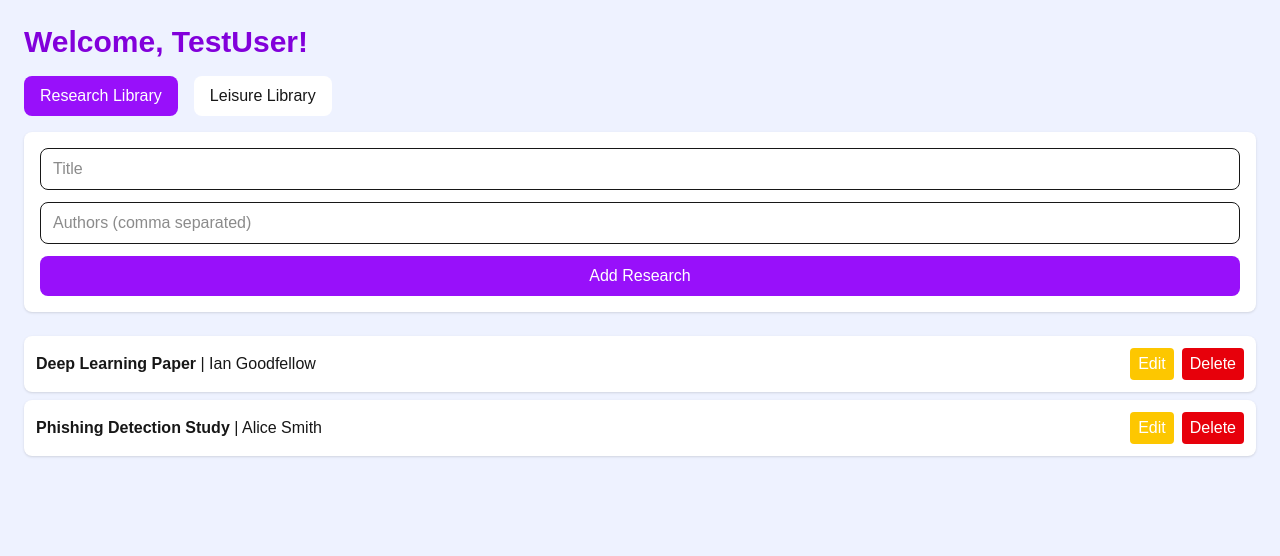
Repository: ramosfranz/bookie
Page: /dashboard
These files come from the project's save history. The page is drawn as it stood at one moment and after the next save; the edit follows.
The browser window is 1280 px wide. The pictures show the whole page.
The project was rebuilt for these pictures with package versions that can differ from the ones it lists, and the page was loaded fresh each time. The framework's server and built-in components were replaced by stand-ins that run in the browser. Also part of the build but not shown: next.config.ts.

Above is the page before, as saved 2025-11-15 13:03:41.

After the next save:
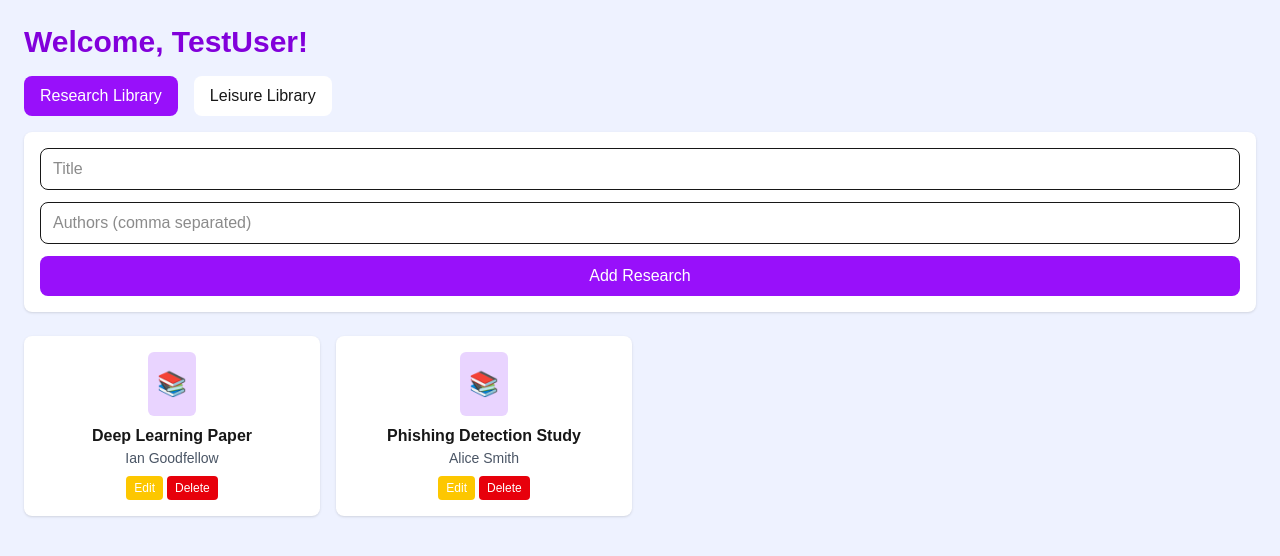
Saved 81 s later.
--- a/src/app/dashboard/page.tsx
+++ b/src/app/dashboard/page.tsx
@@ -33,9 +33,6 @@ export default function Dashboard() {
   const [formTitle, setFormTitle] = useState("");
   const [formAuthors, setFormAuthors] = useState("");
   const [editingId, setEditingId] = useState<string | null>(null);
-
-  // Grid/List toggle for Leisure Library
-  const [viewMode, setViewMode] = useState<"list" | "grid">("list");
 
   const currentLibrary = activeTab === "research" ? researchLibrary : leisureLibrary;
   const setCurrentLibrary =
@@ -108,28 +105,6 @@ export default function Dashboard() {
         </button>
       </div>
 
-      {/* Leisure view toggle */}
-      {activeTab === "leisure" && (
-        <div className="flex gap-2 mb-4">
-          <button
-            onClick={() => setViewMode("list")}
-            className={`px-3 py-1 rounded ${
-              viewMode === "list" ? "bg-purple-600 text-white" : "bg-white"
-            }`}
-          >
-            List View
-          </button>
-          <button
-            onClick={() => setViewMode("grid")}
-            className={`px-3 py-1 rounded ${
-              viewMode === "grid" ? "bg-purple-600 text-white" : "bg-white"
-            }`}
-          >
-            Grid View
-          </button>
-        </div>
-      )}
-
       {/* Form */}
       <form
         onSubmit={handleSubmit}
@@ -158,68 +133,36 @@ export default function Dashboard() {
         </button>
       </form>
 
-      {/* Library List / Grid */}
-      {activeTab === "research" || viewMode === "list" ? (
-        <ul className="space-y-2">
-          {currentLibrary.map((item) => (
-            <li
-              key={item.id}
-              className="p-3 bg-white rounded-lg shadow flex justify-between items-center"
-            >
-              <div>
-                <strong>{item.title}</strong> | {item.authors.join(", ")}
-              </div>
-              <div className="flex gap-2">
-                <button
-                  onClick={() => handleEdit(item)}
-                  className="px-2 py-1 bg-yellow-400 text-white rounded hover:bg-yellow-500"
-                >
-                  Edit
-                </button>
-                <button
-                  onClick={() => handleDelete(item.id)}
-                  className="px-2 py-1 bg-red-600 text-white rounded hover:bg-red-700"
-                >
-                  Delete
-                </button>
-              </div>
-            </li>
-          ))}
-        </ul>
-      ) : (
-        // Grid View for Leisure
-        <div className="grid grid-cols-2 sm:grid-cols-3 md:grid-cols-4 gap-4">
-          {currentLibrary.map((item) => (
-            <div
-              key={item.id}
-              className="p-4 bg-white rounded-lg shadow flex flex-col items-center justify-center hover:shadow-md transition"
-            >
-              {/* Book Icon */}
-              <div className="w-12 h-16 bg-purple-200 rounded-md mb-2 flex items-center justify-center">
-                📚
-              </div>
-              <strong className="text-center">{item.title}</strong>
-              <p className="text-sm text-gray-600 text-center">
-                {item.authors.join(", ")}
-              </p>
-              <div className="flex gap-1 mt-2">
-                <button
-                  onClick={() => handleEdit(item)}
-                  className="px-2 py-1 bg-yellow-400 text-white rounded hover:bg-yellow-500 text-xs"
-                >
-                  Edit
-                </button>
-                <button
-                  onClick={() => handleDelete(item.id)}
-                  className="px-2 py-1 bg-red-600 text-white rounded hover:bg-red-700 text-xs"
-                >
-                  Delete
-                </button>
-              </div>
+      {/* Grid View */}
+      <div className="grid grid-cols-2 sm:grid-cols-3 md:grid-cols-4 gap-4">
+        {currentLibrary.map((item) => (
+          <div
+            key={item.id}
+            className="p-4 bg-white rounded-lg shadow flex flex-col items-center justify-center hover:shadow-md transition"
+          >
+            {/* Book Icon */}
+            <div className="w-12 h-16 bg-purple-200 rounded-md mb-2 flex items-center justify-center text-2xl">
+              📚
             </div>
-          ))}
-        </div>
-      )}
+            <strong className="text-center">{item.title}</strong>
+            <p className="text-sm text-gray-600 text-center">{item.authors.join(", ")}</p>
+            <div className="flex gap-1 mt-2">
+              <button
+                onClick={() => handleEdit(item)}
+                className="px-2 py-1 bg-yellow-400 text-white rounded hover:bg-yellow-500 text-xs"
+              >
+                Edit
+              </button>
+              <button
+                onClick={() => handleDelete(item.id)}
+                className="px-2 py-1 bg-red-600 text-white rounded hover:bg-red-700 text-xs"
+              >
+                Delete
+              </button>
+            </div>
+          </div>
+        ))}
+      </div>
     </div>
   );
 }
